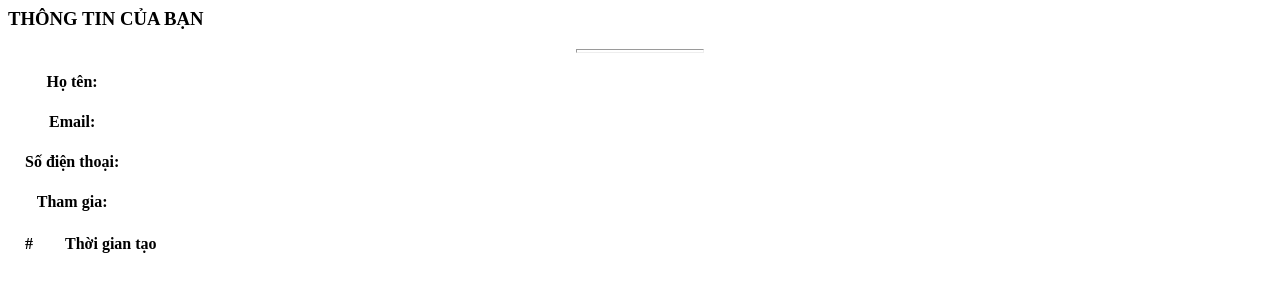
Repository: kienkiddo/BaiTapWebBanHang
Page: http://localhost/LapTrinhWebsite/home/view/about.jsp
The author's editor kept a copy of each file at every save. The page is drawn from the files as they stood at one save, then again after the next save.
The browser window is 1280 px wide. The pictures show the whole page.
The page is served by Tomcat 9. Other server files are loaded and not shown.

Above is the page before, as saved 2022-05-12 06:02:20.

### LapTrinhWebsite/src/main/webapp/home/view/about.jsp
<%@ page contentType="text/html; charset=UTF-8"%>
<%@ taglib prefix="c" uri="http://java.sun.com/jsp/jstl/core"%>

<style>
td, th {
	padding: 10px 15px;
}
</style>

<div class="container pt-5">
	<h3 class="text-center">THÔNG TIN CỦA BẠN</h3>
	<hr style="width: 10%; height: 2px" class="color-main">
	<div class="row mt-5">
		<div class="col">
			<table class="table">
				<tr>
					<th>Họ tên:</th>
					<td>${user.name}</td>
				</tr>
				<tr>
					<th>Email:</th>
					<td>${user.email}</td>
				</tr>
				<tr>
					<th>Số điện thoại:</th>
					<td>${user.phone}</td>
				</tr>
				<tr>
					<th>Tham gia:</th>
					<td>${user.timecreat}</td>
				</tr>
			</table>
		</div>
	</div>
	<div class="row mt-5">
		<div class="col">
			<table class="table">
				<thead>
					<th>#</th>
					<th>Thời gian tạo</th>
				</thead>
			</table>
		</div>

	</div>
</div>

### LapTrinhWebsite/src/main/java/commom/Security.java
package commom;

import java.math.BigInteger;
import java.security.MessageDigest;
import java.util.UUID;

import javax.servlet.http.Cookie;
import javax.servlet.http.HttpServletResponse;

import model.User;

public class Security {

	public static String getMd5(String s) {
		try {
			byte[] bytesOfMessage = s.getBytes("UTF-8");
			MessageDigest md = MessageDigest.getInstance("MD5");
			byte[] theMD5digest = md.digest(bytesOfMessage);
			BigInteger no = new BigInteger(1, theMD5digest);

			String hashtext = no.toString(16);
			while (hashtext.length() < 32) {
				hashtext = "0" + hashtext;
			}
			return hashtext;
		} catch (Exception e) {
			e.printStackTrace();
		}
		return "";
	}


	public static void setCookieLogin(String user, String pass, String hashkey, HttpServletResponse response) {
		Cookie cookie = new Cookie("email", user);
		cookie.setMaxAge(60 * 60 * 24 * 90);
		Cookie cookie2 = new Cookie("pass", pass);
		cookie2.setMaxAge(60 * 60 * 24 * 90);
		Cookie cookie3 = new Cookie("hashkey", hashkey);
		cookie3.setMaxAge(60 * 60 * 24 * 90);

		response.addCookie(cookie);
		response.addCookie(cookie2);
		response.addCookie(cookie3);
	}

	public static void deleteCookieLogin(HttpServletResponse response) {
		Cookie cookie = new Cookie("email", "");
		cookie.setMaxAge(0);
		Cookie cookie2 = new Cookie("pass", "");
		cookie2.setMaxAge(0);
		Cookie cookie3 = new Cookie("hashkey", "");
		cookie3.setMaxAge(0);

		response.addCookie(cookie);
		response.addCookie(cookie2);
		response.addCookie(cookie3);
	}

	public static String creatHashkey() {
		return UUID.randomUUID().toString();
	}


	public static void setHashkey(String hashkey, HttpServletResponse response) {
		Cookie cookie = new Cookie("hashkey", hashkey);
		cookie.setMaxAge(60 * 60 * 24 * 90);
		response.addCookie(cookie);
	}

	public static String getHashkey(Cookie[] cookies) {
		if (cookies == null) {
			return null;
		}
		for (int i = 0; i < cookies.length; i++) {
			String name = cookies[i].getName();
			String value = cookies[i].getValue();
			if (name.equals("hashkey")) {
				return value;
			}
		}
		return null;
	}

	public static void removeHashkey(HttpServletResponse response) {
		Cookie cookie = new Cookie("hashkey", "");
		cookie.setMaxAge(0);
		response.addCookie(cookie);
	}

}

After the next save:
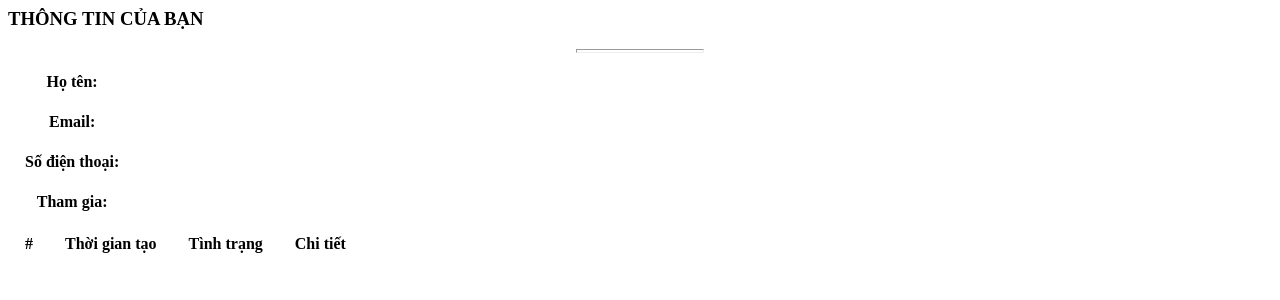
Saved 18 s later.
--- a/LapTrinhWebsite/src/main/webapp/home/view/about.jsp
+++ b/LapTrinhWebsite/src/main/webapp/home/view/about.jsp
@@ -38,6 +38,8 @@ td, th {
 				<thead>
 					<th>#</th>
 					<th>Thời gian tạo</th>
+					<th>Tình trạng</th>
+					<th>Chi tiết</th>
 				</thead>
 			</table>
 		</div>
